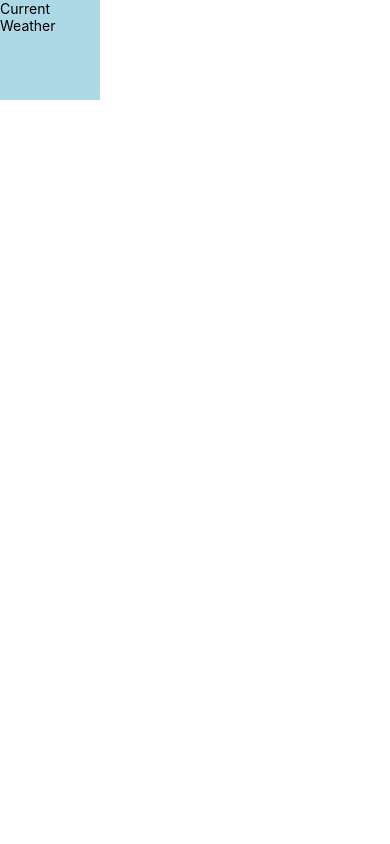
Repository: akinmiday/fcc
Screen: / (app in WeatherApp/)
These files come from the project's save history. The screen is drawn as it stood at one moment and after the next save; the edit follows.
The app was drawn by React Native's web renderer in a window 390 px wide. The project was rebuilt for these pictures with package versions that can differ from the ones it lists, and the page was loaded fresh each time.

Above is the screen before, as saved 2023-07-18 06:44:39.

After the next save:
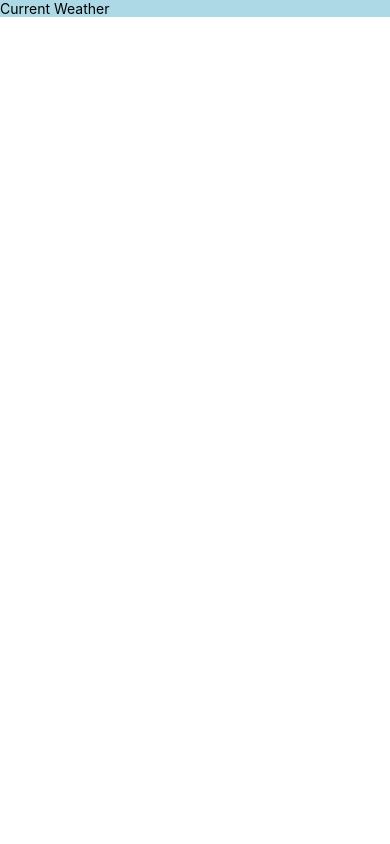
Saved 8 s later.
--- a/WeatherApp/App.js
+++ b/WeatherApp/App.js
@@ -13,10 +13,7 @@ const App = () =>{
 
 const styles= StyleSheet.create({
   container:{
-    backgroundColor: 'lightblue',
-    width: 100,
-    height: 100,
-
+    backgroundColor: 'lightblue'
   }
 })
 
